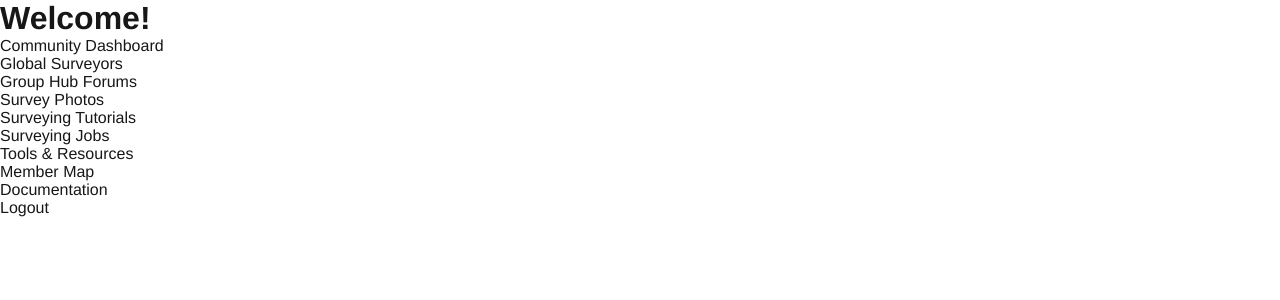
Repository: EricRobertCampbell/palaeo-fossil-classifier
Page: /dashboard (app in palaeo-fossil-classifier/)
An editor plug-in stored every save of this project. The page is shown before and after the next save, followed by the edit.
The browser window is 1280 px wide. The pictures show the whole page.
The project was rebuilt for these pictures with package versions that can differ from the ones it lists, and the page was loaded fresh each time. The framework's server and built-in components were replaced by stand-ins that run in the browser. Also part of the build but not shown: palaeo-fossil-classifier/next.config.ts.

Above is the page before, as saved 2024-11-30 13:43:17.

After the next save:
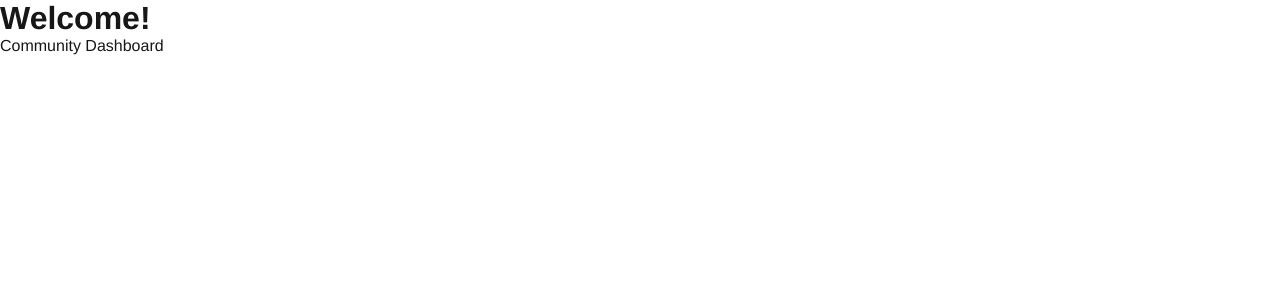
Saved 55 s later.
--- a/palaeo-fossil-classifier/app/dashboard/page.tsx
+++ b/palaeo-fossil-classifier/app/dashboard/page.tsx
@@ -13,63 +13,6 @@ export default function dashboard() {
               <span className="nav-text">Community Dashboard</span>
             </a>
           </li>
-          <li className="has-subnav">
-            <a href="#">
-              <i className="fa fa-globe fa-2x"></i>
-              <span className="nav-text">Global Surveyors</span>
-            </a>
-          </li>
-          <li className="has-subnav">
-            <a href="#">
-              <i className="fa fa-comments fa-2x"></i>
-              <span className="nav-text">Group Hub Forums</span>
-            </a>
-          </li>
-          <li className="has-subnav">
-            <a href="#">
-              <i className="fa fa-camera-retro fa-2x"></i>
-              <span className="nav-text">Survey Photos</span>
-            </a>
-          </li>
-          <li>
-            <a href="#">
-              <i className="fa fa-film fa-2x"></i>
-              <span className="nav-text">Surveying Tutorials</span>
-            </a>
-          </li>
-          <li>
-            <a href="#">
-              <i className="fa fa-book fa-2x"></i>
-              <span className="nav-text">Surveying Jobs</span>
-            </a>
-          </li>
-          <li>
-            <a href="#">
-              <i className="fa fa-cogs fa-2x"></i>
-              <span className="nav-text">Tools & Resources</span>
-            </a>
-          </li>
-          <li>
-            <a href="#">
-              <i className="fa fa-map-marker fa-2x"></i>
-              <span className="nav-text">Member Map</span>
-            </a>
-          </li>
-          <li>
-            <a href="#">
-              <i className="fa fa-info fa-2x"></i>
-              <span className="nav-text">Documentation</span>
-            </a>
-          </li>
-        </ul>
-
-        <ul className="logout">
-          <li>
-            <a href="#">
-              <i className="fa fa-power-off fa-2x"></i>
-              <span className="nav-text">Logout</span>
-            </a>
-          </li>
         </ul>
       </nav>
     </div>
